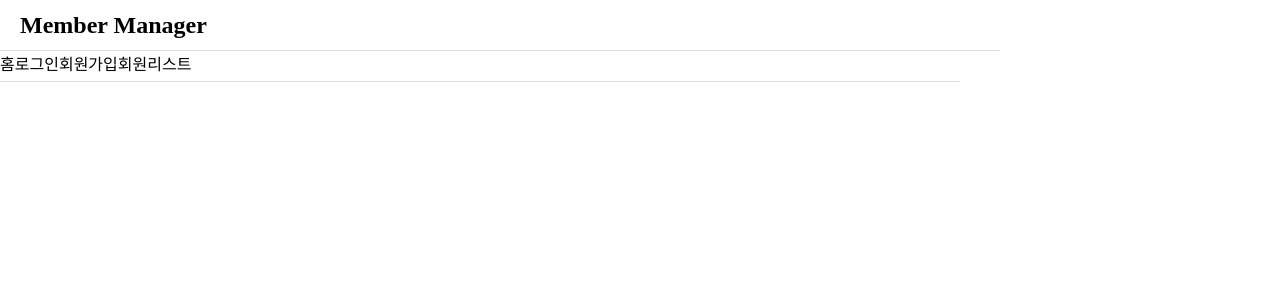
Repository: hhw9797/bitcampjn201904
Page: http://localhost/MemberManager/
The author's editor kept a copy of each file at every save. The page is drawn from the files as they stood at one save, then again after the next save.
The browser window is 1280 px wide. The pictures show the whole page.
The page is served by Tomcat 9. Other server files are loaded and not shown.

Above is the page before, as saved 2019-06-20 07:50:10.

### html/html5/jsp/MemberManager/WebContent/index.jsp
<%@ page language="java" contentType="text/html; charset=UTF-8"
	pageEncoding="UTF-8"%>
<!DOCTYPE html>
<html>
<head>
<meta charset="UTF-8">
<title>Insert title here</title>
<script src="https://code.jquery.com/jquery-1.12.4.js"></script>
<style>
	* {
		margin : 0;
		padding : 0;
	}
	div {
		width : 960px;
	}

	#header {
		height: 50px;
		padding : 0 20px;
		border-bottom : 1px solid #DDD;
	}
	#header>h2 {
		line-height: 50px;
	}

	#nav {
		height : 30px;
		border-bottom: 1px solid #DDD;
	}

	#nav>ul {
		overflow : hidden; /* 또는 contents 에서 clear both */
	}
	#nav>ul>li {
		list-style : none;
		float : left;
		paddint : 0 15px;
	}
</style>
</head>
<body>

	<div id="header">
		<h2>Member Manager</h2>
	</div>
	<div id="nav">
		<ul>
			<li>홈</li>
			<li>로그인</li>
			<li>회원가입</li>
			<li>회원리스트</li>
		</ul>
	</div>

	<div id="contents">

	</div>

	<div id="footer">

	</div>


</body>
</html>

After the next save:
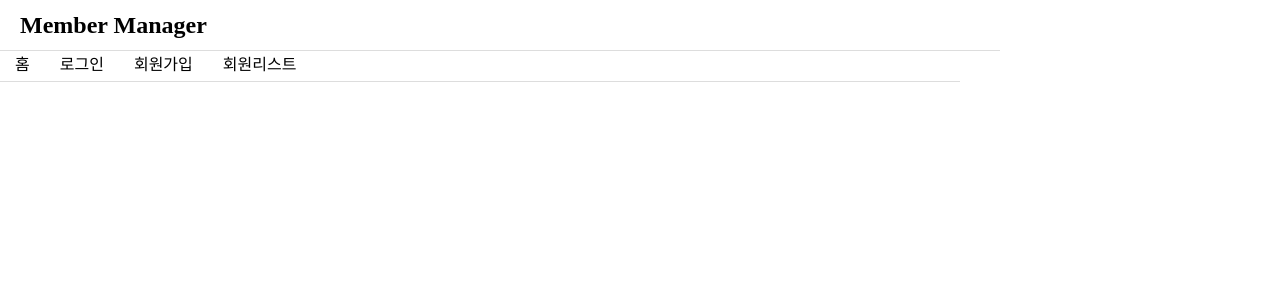
Saved 10 s later.
--- a/html/html5/jsp/MemberManager/WebContent/index.jsp
+++ b/html/html5/jsp/MemberManager/WebContent/index.jsp
@@ -35,7 +35,7 @@
 	#nav>ul>li {
 		list-style : none;
 		float : left;
-		paddint : 0 15px;
+		padding : 0 15px;
 	}
 </style>
 </head>
